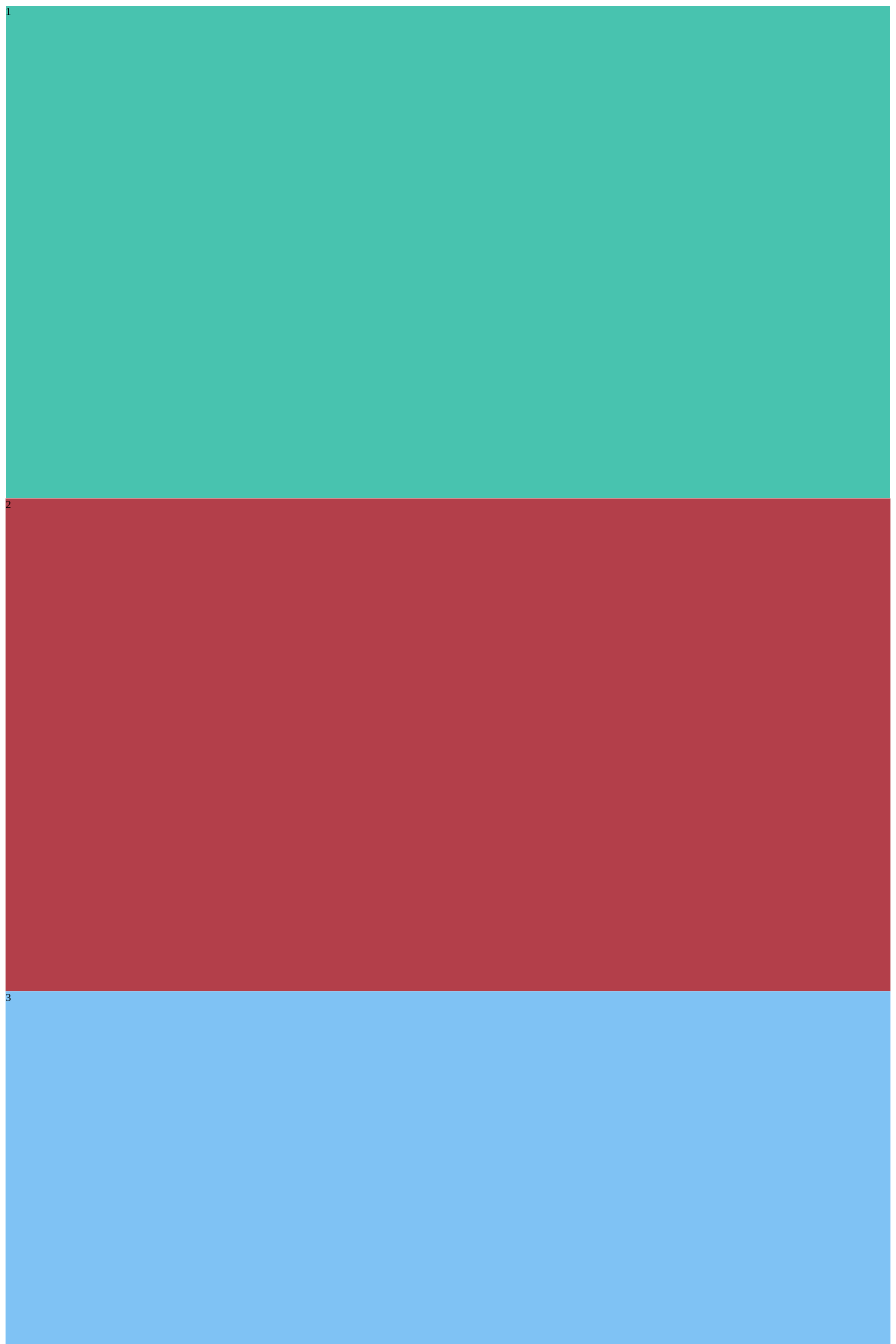
Repository: aneishkumar/AngularJS-Application
Page: AngularJs-Application-march28th/project2/WebContent/home.html
An editor plug-in stored every save of this project. The page is shown before and after the next save, followed by the edit.
The browser window is 1280 px wide. The pictures show the part of the page from y = 0 to 1920 px (the page is 2824 px tall before and 820 px after), at 70% of full size.
Some web libraries are served in a nearby version.

Above is the page before, as saved 2018-03-27 22:33:52.

### AngularJs-Application-march28th/project2/WebContent/home.html



<style>

.carousel-inner,.carousel,.carousel-item,.container,.fill {
    height:100%;
    min-height:400px;
    width:100%;
    background-position:center center;
    background-size:cover;
}
.slide-wrapper{display:inline;}
.slide-wrapper .container{padding:0;}


/*------------------------------ vertical bootstrap slider----------------------------*/

.carousel-inner> .carousel-item.carousel-item-next ,
.carousel-inner > .carousel-item.active.carousel-item-right{
    transform: translate3d(0, 100%, 0); -webkit-transform: translate3d(0, 100%, 0); -ms-transform: translate3d(0, 100%, 0); -moz-transform: translate3d(0, 100%, 0); -o-transform: translate3d(0, 100%, 0);  top: 0;

}
.carousel-inner > .carousel-item.carousel-item-prev ,
.carousel-inner > .carousel-item.active.carousel-item-left{
    transform: translate3d(0,-100%, 0); -webkit-transform: translate3d(0,-100%, 0);  -moz-transform: translate3d(0,-100%, 0);-ms-transform: translate3d(0,-100%, 0); -o-transform: translate3d(0,-100%, 0); top: 0;

}
.carousel-inner > .carousel-item.next.carousel-item-left ,
.carousel-inner > .carousel-item.carousel-item-prev.carousel-item-right ,
.carousel-inner > .carousel-item.active{
    transform:translate3d(0,0,0); -webkit-transform:translate3d(0,0,0);-ms-transform:translate3d(0,0,0);; -moz-transform:translate3d(0,0,0); -o-transform:translate3d(0,0,0); top:0;

}

/*------------------------------- vertical carousel indicators ------------------------------*/
.carousel-indicators{
    position:absolute;
    top:0;
    bottom:0;
    margin:auto;
    height:20px;
    right:10px; left:auto;
    width:auto;
    -webkit-transform: rotate(90deg);
    -moz-transform: rotate(90deg);
    -ms-transform: rotate(90deg);
    -o-transform: rotate(90deg);
    transform: rotate(90deg);
}
.carousel-indicators li{
    display:block; margin-bottom:5px; border:1px solid #00a199;

}
.carousel-indicators li.active{
    margin-bottom:5px; background:#00a199;

}</style>

<body>
<section class="slide-wrapper">
    <div class="container">
	    <div id="myCarousel" class="carousel slide" data-ride="carousel">
            <!-- Indicators -->
            <ol class="carousel-indicators">
                <li data-target="#myCarousel" data-slide-to="0" class="active"></li>
                <li data-target="#myCarousel" data-slide-to="1"></li>
                <li data-target="#myCarousel" data-slide-to="2"></li>
                <li data-target="#myCarousel" data-slide-to="3"></li>
            </ol>

            <!-- Wrapper for slides -->
            <div class="carousel-inner">
                <div class="carousel-item active">
                    <div class="fill" style=" background-color:#48c3af;">1</div>
                </div>
                <div class="carousel-item">
                    <div class="fill" style=" background-color:#b33f4a;">2</div>
                </div>
                <div class="carousel-item">
                    <div class="fill" style=" background-color:#7fc2f4;">3</div>
                </div>
                <div class="carousel-item">
                    <div class="fill" style=" background-color:#e47794;">4</div>
                </div>
            </div>
        </div>
    </div>
</section>
</body>

After the next save:
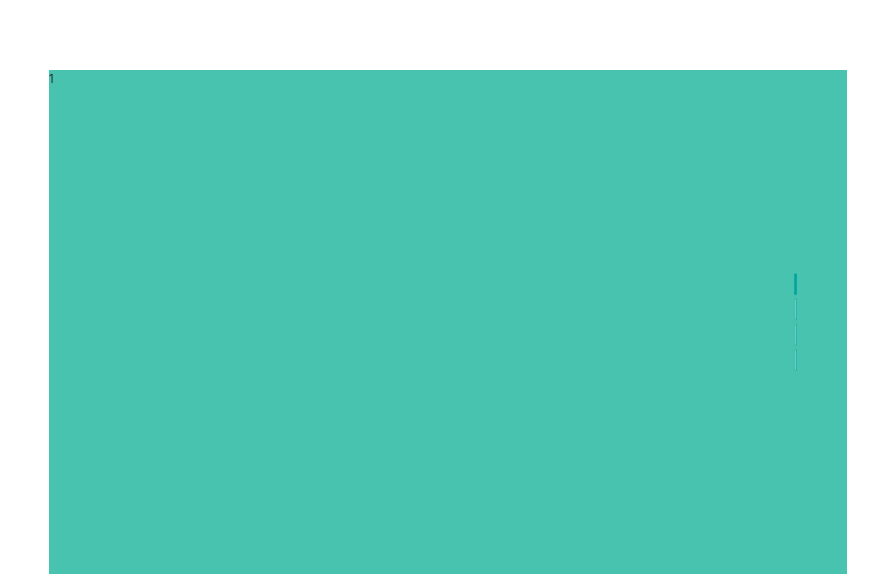
Console error: TypeError: Cannot read properties of undefined (reading 'fn')
Saved 10 s later.
--- a/AngularJs-Application-march28th/project2/WebContent/home.html
+++ b/AngularJs-Application-march28th/project2/WebContent/home.html
@@ -1,8 +1,14 @@
-
-
-
+<html>
+<head>
+<link href="//maxcdn.bootstrapcdn.com/bootstrap/4.0.0/css/bootstrap.min.css" rel="stylesheet" id="bootstrap-css">
+<script src="//maxcdn.bootstrapcdn.com/bootstrap/4.0.0/js/bootstrap.min.js"></script>
+<script src="//code.jquery.com/jquery-1.11.1.min.js"></script>
 <style>
-
+body{
+    margin-top: 100px;
+    width:100%;
+    height:100%;
+}
 .carousel-inner,.carousel,.carousel-item,.container,.fill {
     height:100%;
     min-height:400px;
@@ -56,7 +62,7 @@
     margin-bottom:5px; background:#00a199;
 
 }</style>
-
+</head>
 <body>
 <section class="slide-wrapper">
     <div class="container">
@@ -87,4 +93,3 @@
         </div>
     </div>
 </section>
-</body>
